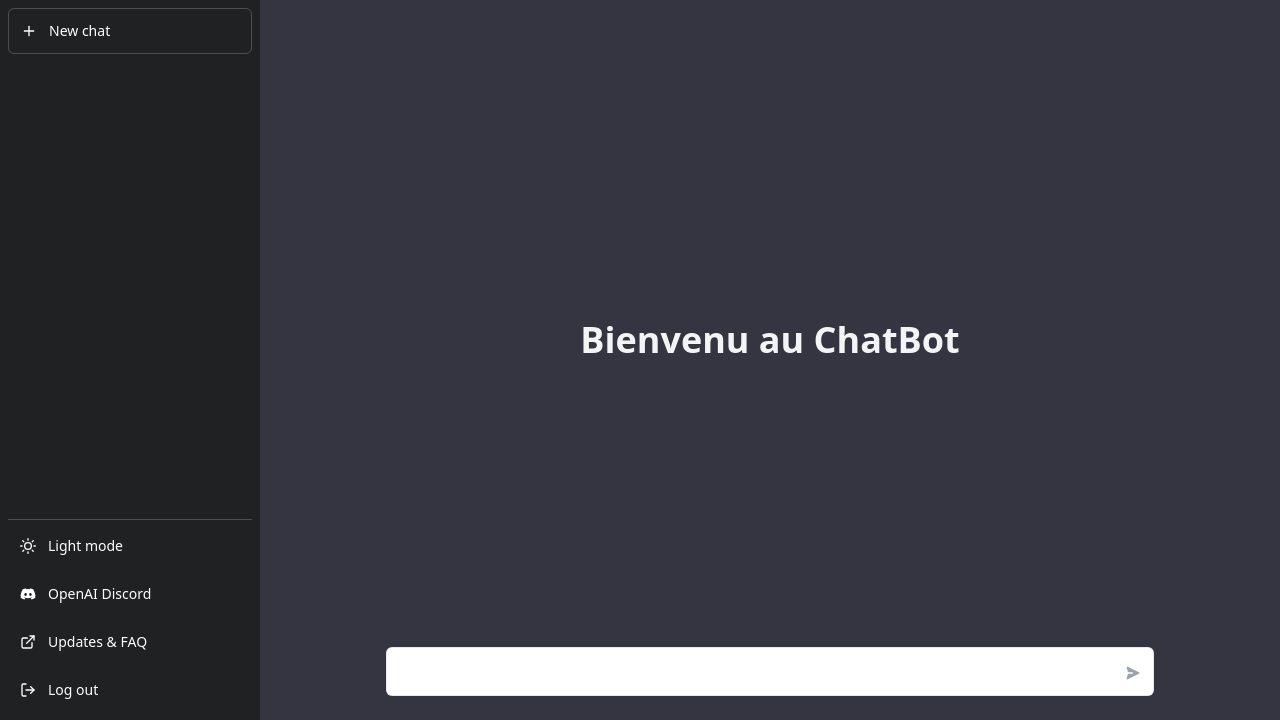
Repository: HaithemBenSlama/chatbot-front
Page: /
The author's editor kept a copy of each file at every save. The page is drawn from the files as they stood at one save, then again after the next save.
The browser window is 1280 px wide. The pictures show the whole page.
The project was rebuilt for these pictures with package versions that can differ from the ones it lists, and the page was loaded fresh each time. Also part of the build but not shown: src/constants/svg/lightningChargeIcon.js, src/constants/svg/cautionIcon.js, src/constants/svg/menuIcon.js.

Above is the page before, as saved 2023-05-01 21:05:06.

After the next save:
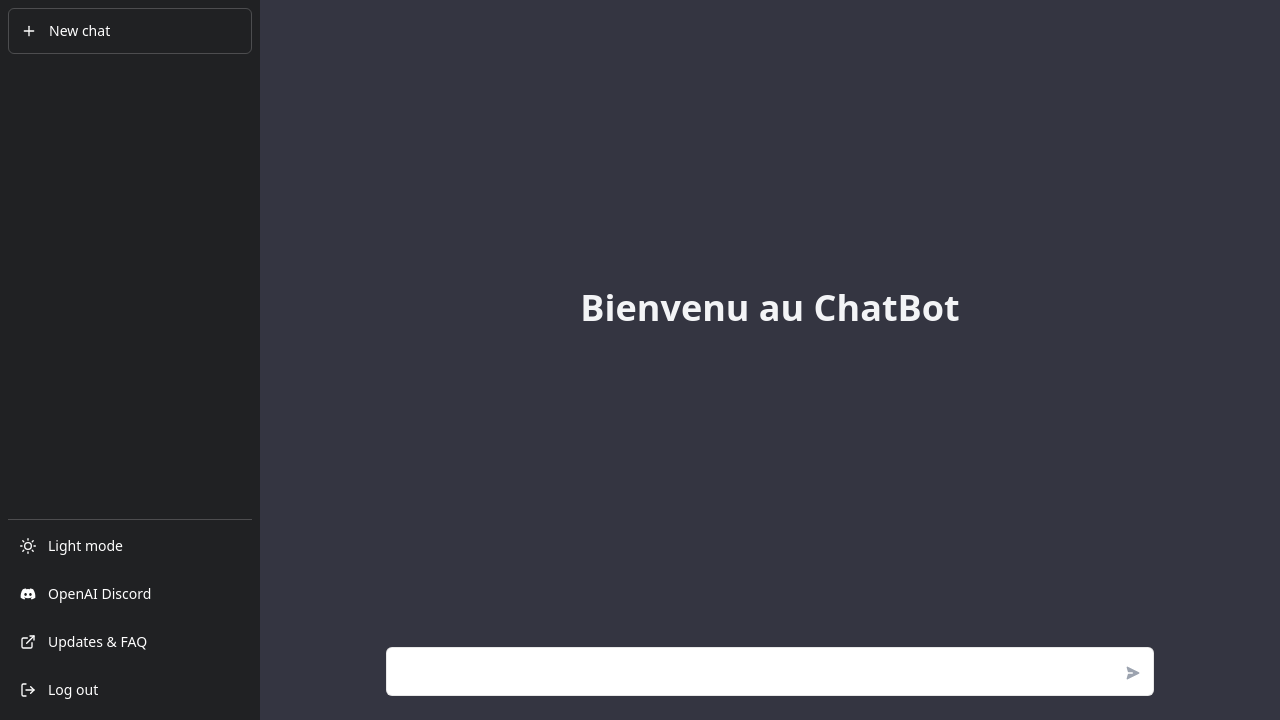
Saved 17 s later.
--- a/src/Components/main/RightSection/index.js
+++ b/src/Components/main/RightSection/index.js
@@ -8,7 +8,7 @@ const RightSection = () => {
         <div className="flex-1 overflow-hidden">
           <div className="flex flex-col items-center text-sm h-full md:h-screen bg-lightBlack">
             <div className="text-gray-800 w-full md:max-w-2xl lg:max-w-3xl md:h-full md:flex md:flex-col px-6">
-              <h1 className="text-4xl text-gray-100 font-semibold text-center mt-80 ml-auto mr-auto mb-10 sm:mb-16">
+              <h1 className="text-4xl text-gray-100 font-semibold text-center mt-72 ml-auto mr-auto mb-10 sm:mb-16">
                 Bienvenu au ChatBot
               </h1>
             </div>
